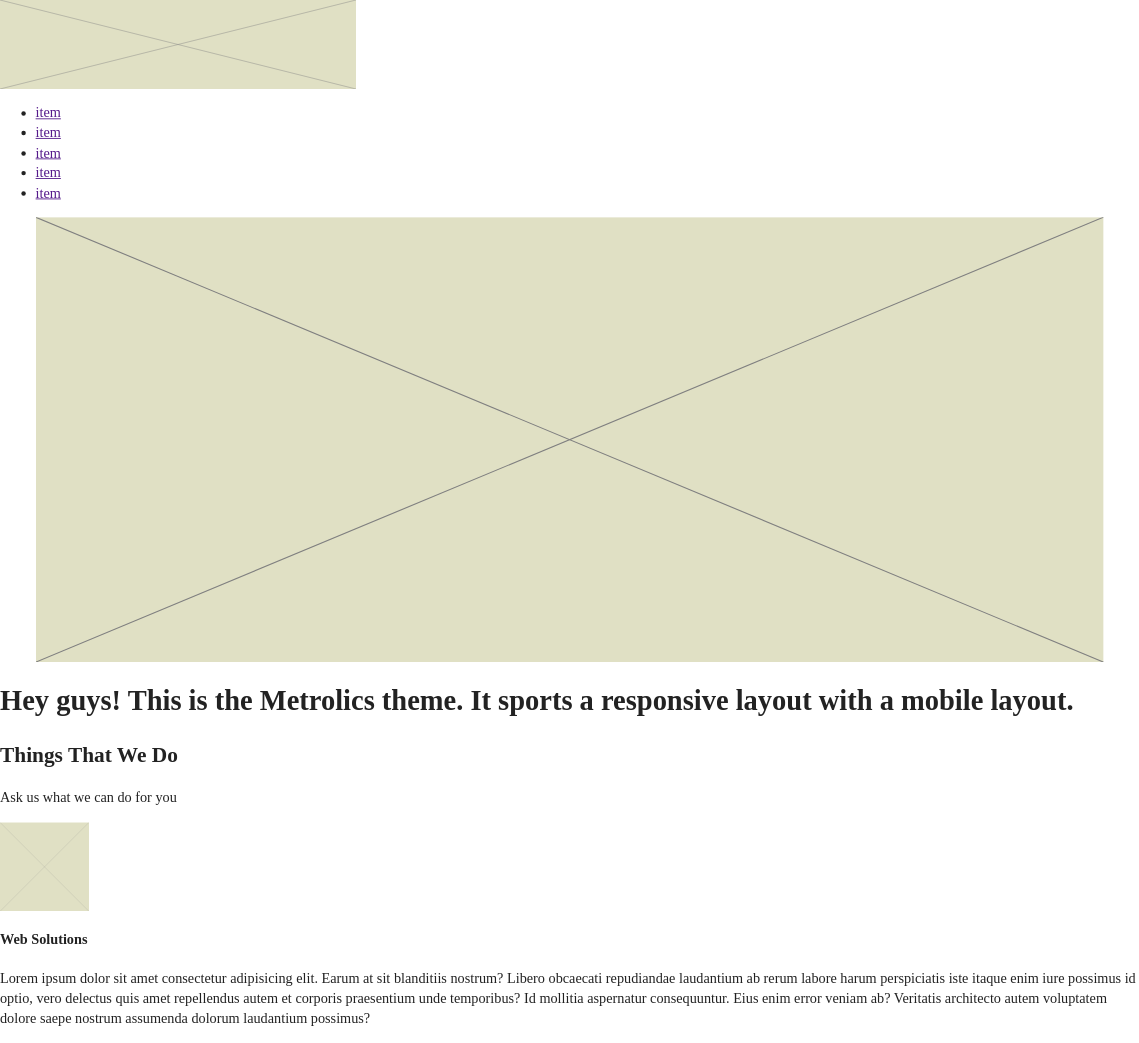
Repository: leahma1208/MDIA2003_Project1
Page: index.html
These files come from the project's save history. The page is drawn as it stood at one moment and after a run of saves; the edit follows.
The browser window is 1280 px wide. The pictures show the whole page, at 89% of full size.

Above is the page before, as saved 2021-01-22 21:22:32.

### index.html
<!doctype html>
<html class="no-js" lang="">

<head>
  <meta charset="utf-8">
  <title>Leah|Lab03</title>
  <meta name="viewport" content="width=device-width, initial-scale=1">


  <link rel="manifest" href="site.webmanifest">
  <link rel="apple-touch-icon" href="icon.png">
  <!-- Place favicon.ico in the root directory -->

  <link rel="stylesheet" href="css/normalize.css">
  <link rel="stylesheet" href="css/main.css">


</head>

<body>

  <!-- Add your site or application content here -->
  <header class="page_header">
    <div class="logo">
      <img src="img/placeholder.svg" alt="logo" width="400px" height="100px">
    </div>

    <nav>
      <ul>
        <li class="nav_items"><a href="" class="">item</a></li>
        <li class="nav_items"><a href="" class="">item</a></li>
        <li class="nav_items"><a href="" class="">item</a></li>
        <li class="nav_items"><a href="" class="">item</a></li>
        <li class="nav_items"><a href="" class="">item</a></li>
      </ul>
    </nav>

  </header>

  <figure class="hero_image">
      <img src="img/placeholder.svg" alt="heroimage" width="100%" height="500px;">
  </figure>

  <header class="main_header">
  <h1>
    Hey guys! This is the Metrolics theme. It sports a responsive layout with a
    mobile layout.
  </h1>
  </header>

  <section class="about">
    <div class="about_header">
      <h2>Things That We Do</h2>
        <p>Ask us what we can do for you</p>
    </div>

    <div class="web_solutions">
      <img class="solution_icon" src="img/placeholder.svg" alt="websolution icon" width="100px" height="100px">
      <div class="solution_info">
        <h4>Web Solutions</h4>
        <p>Lorem ipsum dolor sit amet consectetur adipisicing elit. Earum at sit blanditiis nostrum? Libero obcaecati repudiandae laudantium ab rerum labore harum perspiciatis iste itaque enim iure possimus id optio, vero delectus quis amet repellendus autem et corporis praesentium unde temporibus? Id mollitia aspernatur consequuntur. Eius enim error veniam ab? Veritatis architecto autem voluptatem dolore saepe nostrum assumenda dolorum laudantium possimus?</p>
      </div>

    </div>
  </section>










  <script src="js/vendor/modernizr-3.11.2.min.js"></script>
  <script src="js/plugins.js"></script>
  <script src="js/main.js"></script>

  <!-- Google Analytics: change UA-XXXXX-Y to be your site's ID. -->
  <script>
    window.ga = function () { ga.q.push(arguments) }; ga.q = []; ga.l = +new Date;
    ga('create', 'UA-XXXXX-Y', 'auto'); ga('set', 'anonymizeIp', true); ga('set', 'transport', 'beacon'); ga('send', 'pageview')
  </script>
  <script src="https://www.google-analytics.com/analytics.js" async></script>
</body>

</html>

### css/main.css
/*! HTML5 Boilerplate v8.0.0 | MIT License | https://html5boilerplate.com/ */

/* main.css 2.1.0 | MIT License | https://github.com/h5bp/main.css#readme */
/*
 * What follows is the result of much research on cross-browser styling.
 * Credit left inline and big thanks to Nicolas Gallagher, Jonathan Neal,
 * Kroc Camen, and the H5BP dev community and team.
 */

/* ==========================================================================
   Base styles: opinionated defaults
   ========================================================================== */

html {
  color: #222;
  font-size: 1em;
  line-height: 1.4;
}

/*
 * Remove text-shadow in selection highlight:
 * https://twitter.com/miketaylr/status/12228805301
 *
 * Vendor-prefixed and regular ::selection selectors cannot be combined:
 * https://stackoverflow.com/a/16982510/7133471
 *
 * Customize the background color to match your design.
 */

::-moz-selection {
  background: #b3d4fc;
  text-shadow: none;
}

::selection {
  background: #b3d4fc;
  text-shadow: none;
}

/*
 * A better looking default horizontal rule
 */

hr {
  display: block;
  height: 1px;
  border: 0;
  border-top: 1px solid #ccc;
  margin: 1em 0;
  padding: 0;
}

/*
 * Remove the gap between audio, canvas, iframes,
 * images, videos and the bottom of their containers:
 * https://github.com/h5bp/html5-boilerplate/issues/440
 */

audio,
canvas,
iframe,
img,
svg,
video {
  vertical-align: middle;
}

/*
 * Remove default fieldset styles.
 */

fieldset {
  border: 0;
  margin: 0;
  padding: 0;
}

/*
 * Allow only vertical resizing of textareas.
 */

textarea {
  resize: vertical;
}

/* ==========================================================================
   Author's custom styles
   ========================================================================== */

/* ==========================================================================
   Helper classes
   ========================================================================== */

/*
 * Hide visually and from screen readers
 */

.hidden,
[hidden] {
  display: none !important;
}

/*
 * Hide only visually, but have it available for screen readers:
 * https://snook.ca/archives/html_and_css/hiding-content-for-accessibility
 *
 * 1. For long content, line feeds are not interpreted as spaces and small width
 *    causes content to wrap 1 word per line:
 *    https://medium.com/@jessebeach/beware-smushed-off-screen-accessible-text-5952a4c2cbfe
 */

.sr-only {
  border: 0;
  clip: rect(0, 0, 0, 0);
  height: 1px;
  margin: -1px;
  overflow: hidden;
  padding: 0;
  position: absolute;
  white-space: nowrap;
  width: 1px;
  /* 1 */
}

/*
 * Extends the .sr-only class to allow the element
 * to be focusable when navigated to via the keyboard:
 * https://www.drupal.org/node/897638
 */

.sr-only.focusable:active,
.sr-only.focusable:focus {
  clip: auto;
  height: auto;
  margin: 0;
  overflow: visible;
  position: static;
  white-space: inherit;
  width: auto;
}

/*
 * Hide visually and from screen readers, but maintain layout
 */

.invisible {
  visibility: hidden;
}

/*
 * Clearfix: contain floats
 *
 * For modern browsers
 * 1. The space content is one way to avoid an Opera bug when the
 *    `contenteditable` attribute is included anywhere else in the document.
 *    Otherwise it causes space to appear at the top and bottom of elements
 *    that receive the `clearfix` class.
 * 2. The use of `table` rather than `block` is only necessary if using
 *    `:before` to contain the top-margins of child elements.
 */

.clearfix::before,
.clearfix::after {
  content: " ";
  display: table;
}

.clearfix::after {
  clear: both;
}

/* ==========================================================================
   EXAMPLE Media Queries for Responsive Design.
   These examples override the primary ('mobile first') styles.
   Modify as content requires.
   ========================================================================== */

@media only screen and (min-width: 35em) {
  /* Style adjustments for viewports that meet the condition */
}

@media print,
  (-webkit-min-device-pixel-ratio: 1.25),
  (min-resolution: 1.25dppx),
  (min-resolution: 120dpi) {
  /* Style adjustments for high resolution devices */
}

/* ==========================================================================
   Print styles.
   Inlined to avoid the additional HTTP request:
   https://www.phpied.com/delay-loading-your-print-css/
   ========================================================================== */

@media print {
  *,
  *::before,
  *::after {
    background: #fff !important;
    color: #000 !important;
    /* Black prints faster */
    box-shadow: none !important;
    text-shadow: none !important;
  }

  a,
  a:visited {
    text-decoration: underline;
  }

  a[href]::after {
    content: " (" attr(href) ")";
  }

  abbr[title]::after {
    content: " (" attr(title) ")";
  }

  /*
   * Don't show links that are fragment identifiers,
   * or use the `javascript:` pseudo protocol
   */
  a[href^="#"]::after,
  a[href^="javascript:"]::after {
    content: "";
  }

  pre {
    white-space: pre-wrap !important;
  }

  pre,
  blockquote {
    border: 1px solid #999;
    page-break-inside: avoid;
  }

  /*
   * Printing Tables:
   * https://web.archive.org/web/20180815150934/http://css-discuss.incutio.com/wiki/Printing_Tables
   */
  thead {
    display: table-header-group;
  }

  tr,
  img {
    page-break-inside: avoid;
  }

  p,
  h2,
  h3 {
    orphans: 3;
    widows: 3;
  }

  h2,
  h3 {
    page-break-after: avoid;
  }
}

### js/plugins.js
// Avoid `console` errors in browsers that lack a console.
(function() {
  var method;
  var noop = function () {};
  var methods = [
    'assert', 'clear', 'count', 'debug', 'dir', 'dirxml', 'error',
    'exception', 'group', 'groupCollapsed', 'groupEnd', 'info', 'log',
    'markTimeline', 'profile', 'profileEnd', 'table', 'time', 'timeEnd',
    'timeline', 'timelineEnd', 'timeStamp', 'trace', 'warn'
  ];
  var length = methods.length;
  var console = (window.console = window.console || {});

  while (length--) {
    method = methods[length];

    // Only stub undefined methods.
    if (!console[method]) {
      console[method] = noop;
    }
  }
}());

// Place any jQuery/helper plugins in here.

Loaded but not shown: css/normalize.css (library); js/vendor/modernizr-3.11.2.min.js (library); js/main.js (no stored copy; drawn as an empty file)

After the next 2 saves:
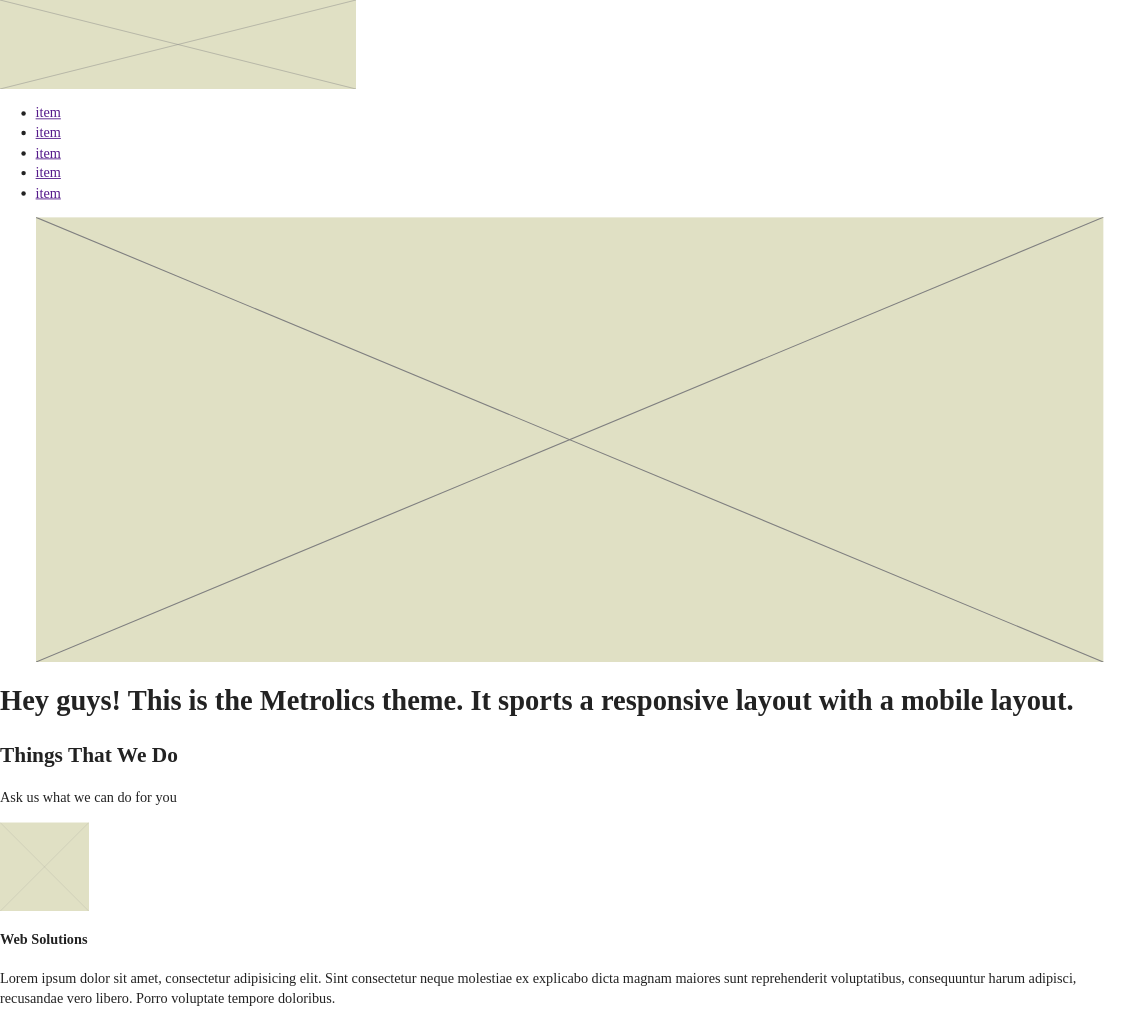
The 2 saves are shown as one change because they came seconds apart.
The last was saved 30 s later.
--- a/index.html
+++ b/index.html
@@ -58,7 +58,7 @@
       <img class="solution_icon" src="img/placeholder.svg" alt="websolution icon" width="100px" height="100px">
       <div class="solution_info">
         <h4>Web Solutions</h4>
-        <p>Lorem ipsum dolor sit amet consectetur adipisicing elit. Earum at sit blanditiis nostrum? Libero obcaecati repudiandae laudantium ab rerum labore harum perspiciatis iste itaque enim iure possimus id optio, vero delectus quis amet repellendus autem et corporis praesentium unde temporibus? Id mollitia aspernatur consequuntur. Eius enim error veniam ab? Veritatis architecto autem voluptatem dolore saepe nostrum assumenda dolorum laudantium possimus?</p>
+        <p>Lorem ipsum dolor sit amet, consectetur adipisicing elit. Sint consectetur neque molestiae ex explicabo dicta magnam maiores sunt reprehenderit voluptatibus, consequuntur harum adipisci, recusandae vero libero. Porro voluptate tempore doloribus.</p>
       </div>
 
     </div>
